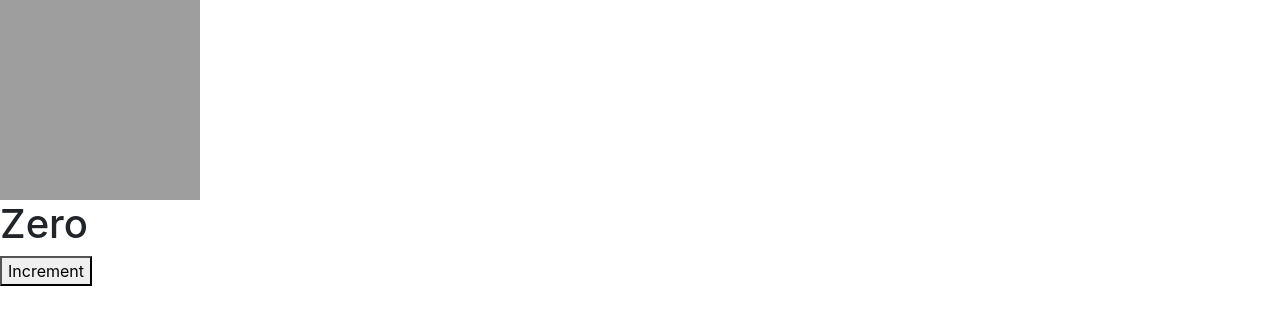
Repository: smk87/First-React-App
Page: /
The author's editor kept a copy of each file at every save. The page is drawn from the files as they stood at one save, then again after the next save.
The browser window is 1280 px wide. The pictures show the whole page.
Pictures or frames that could not be fetched are drawn as grey boxes. The project was rebuilt for these pictures with package versions that can differ from the ones it lists, and the page was loaded fresh each time. Also part of the build but not shown: src/App.css, src/App.js.

Above is the page before, as saved 2019-01-04 20:35:36.

After the next save:
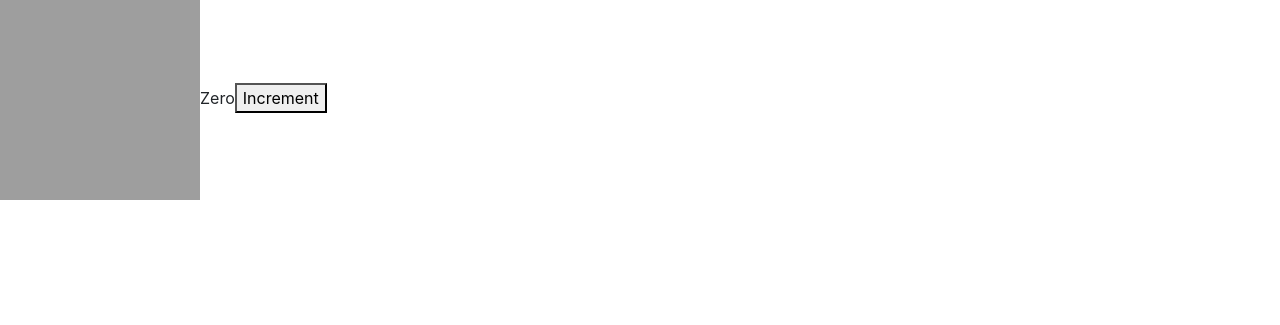
Saved 2 min 11 s later.
--- a/src/components/counter.jsx
+++ b/src/components/counter.jsx
@@ -9,7 +9,7 @@ class Counter extends Component {
     return (
       <div>
         <img src={this.state.imageUrl} alt="" />
-        <h1>{this.formatCount()}</h1>
+        <span>{this.formatCount()}</span>
         <button>Increment</button>
       </div>
     );
